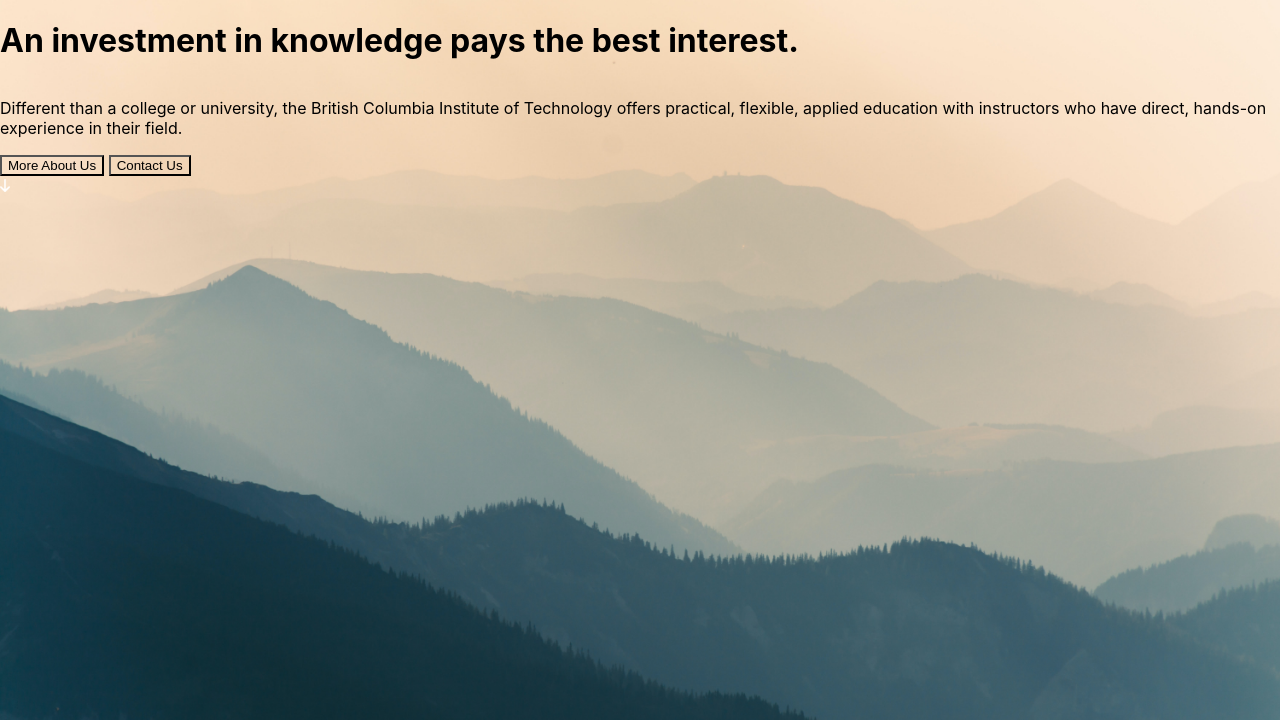
Repository: SaraShio/A01314209_Sara_Shiojima
Page: /
These files come from the project's save history. The page is drawn as it stood at one moment and after a run of saves; the edit follows.
The browser window is 1280 px wide. The pictures show the whole page.
The project was rebuilt for these pictures with package versions that can differ from the ones it lists, and the page was loaded fresh each time. The framework's server and built-in components were replaced by stand-ins that run in the browser. Also part of the build but not shown: next.config.js.

Above is the page before, as saved 2023-02-07 22:17:18.

After the next 2 saves:
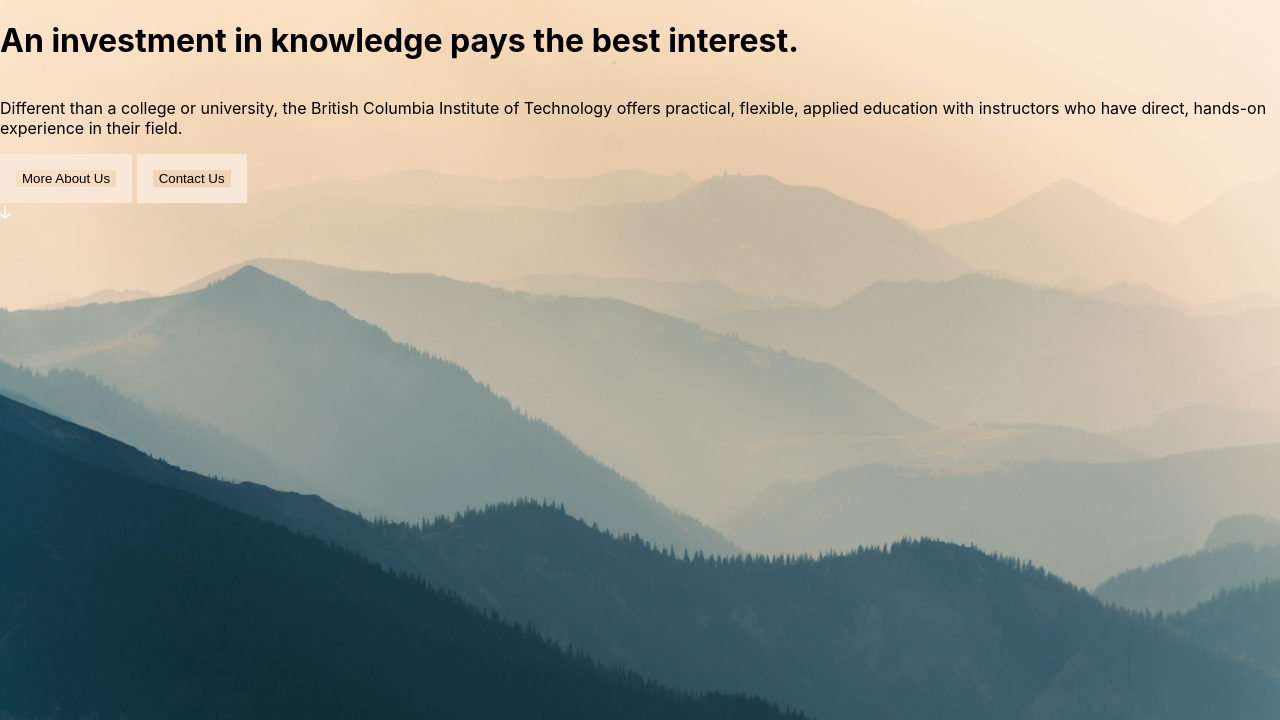
The 2 saves are shown as one change because they came seconds apart.
The last was saved 8 s later.
--- a/styles/Home.module.css
+++ b/styles/Home.module.css
@@ -23,5 +23,5 @@ width: 100vw;
 
 .button{
 background-color: transparent;
-border: 1p;
+border: 1rem solid var(--beige);
 }
